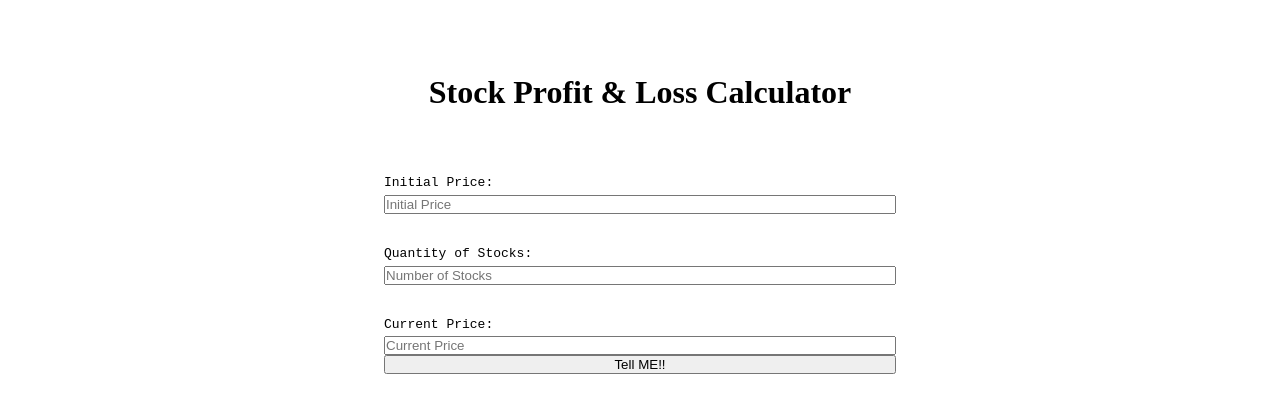
Repository: patelamancode/Stock-P-L-Calculator
Page: index.html
The author's editor kept a copy of each file at every save. The page is drawn from the files as they stood at one save, then again after the next save.
The browser window is 1280 px wide. The pictures show the whole page.

Above is the page before, as saved 2022-11-23 18:06:41.

### index.html
<!DOCTYPE html>
<html lang="en">
<head>
    <meta charset="UTF-8">
    <meta http-equiv="X-UA-Compatible" content="IE=edge">
    <meta name="viewport" content="width=device-width, initial-scale=1.0">
    <link rel="stylesheet" href="index.css">
    <title>Stock Profit and Loss Calc</title>
</head>
<body>
    <div id="main-container">
        <h1 class="app-title">Stock Profit & Loss Calculator</h1>
        <label for="initial Price">Initial Price:</label>
        <input type="text" placeholder="Initial Price">
        <label for="number of stock">Quantity of Stocks:</label>
        <input type="text" placeholder="Number of Stocks">
        <label for="current Price">Current Price:</label>
        <input type="text" placeholder="Current Price" >
        <button>Tell ME!!</button>
    </div>
</body>
</html>

### index.css
* {
    margin: 0;
    padding: 0;
  }


  #main-container {
    display: flex;
    flex-direction: column;
    width: 40vw;
    margin: auto;
    margin-top: 2rem;
    padding: 10px;
    text-align: center;
  }

  .app-title {
    margin: 2rem 0;
  }
  label{
    margin-top: 2rem;
    margin-bottom: 0.3rem;
    text-align: left;
    font-family: monospace;
  }

After the next save:
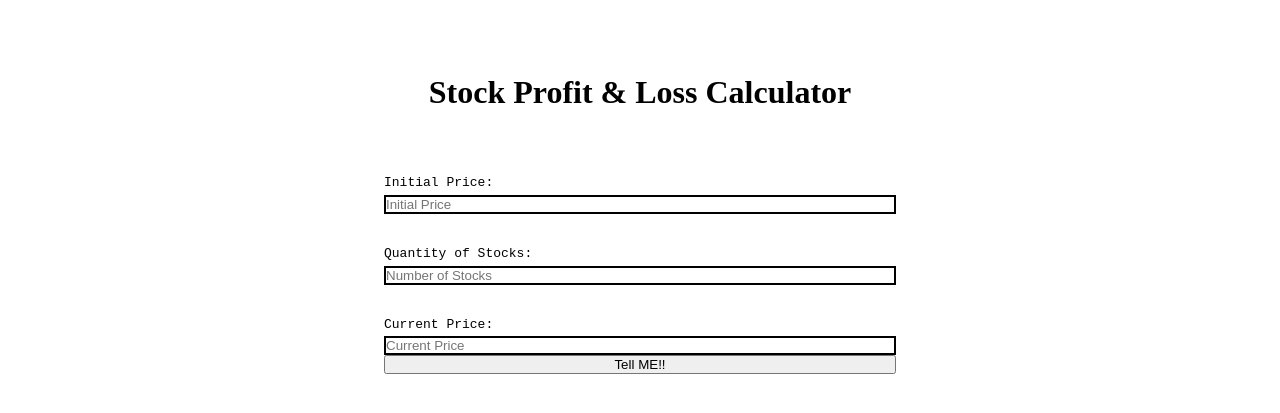
Saved 34 s later.
--- a/index.css
+++ b/index.css
@@ -23,3 +23,6 @@
     text-align: left;
     font-family: monospace;
   }
+  input{
+    border: 2px solid black;
+  }
